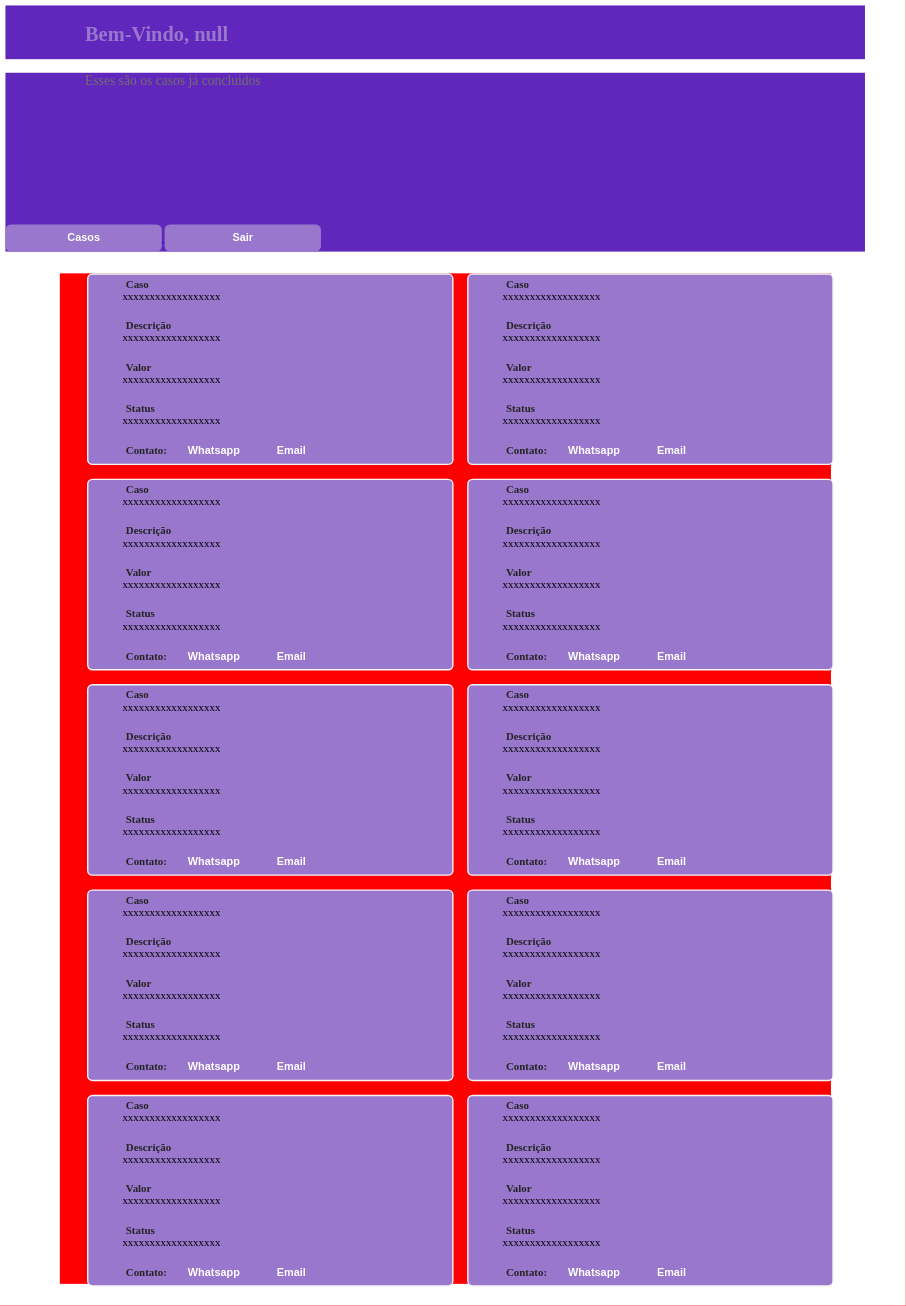
Repository: Dirlandia404/Casos
Page: frontend/public/pages/casosConcluidos.html
These files come from the project's save history. The page is drawn as it stood at one moment and after the next save; the edit follows.
The browser window is 1280 px wide. The page is 1332 px wide, so the pictures cover 1332 px, including what lies to the right of the window. The pictures show the whole page, at 68% of full size.
The page's requests for data from a server got no answer. Some web libraries are served in a nearby version.

Above is the page before, as saved 2021-07-29 12:06:46.

After the next save:
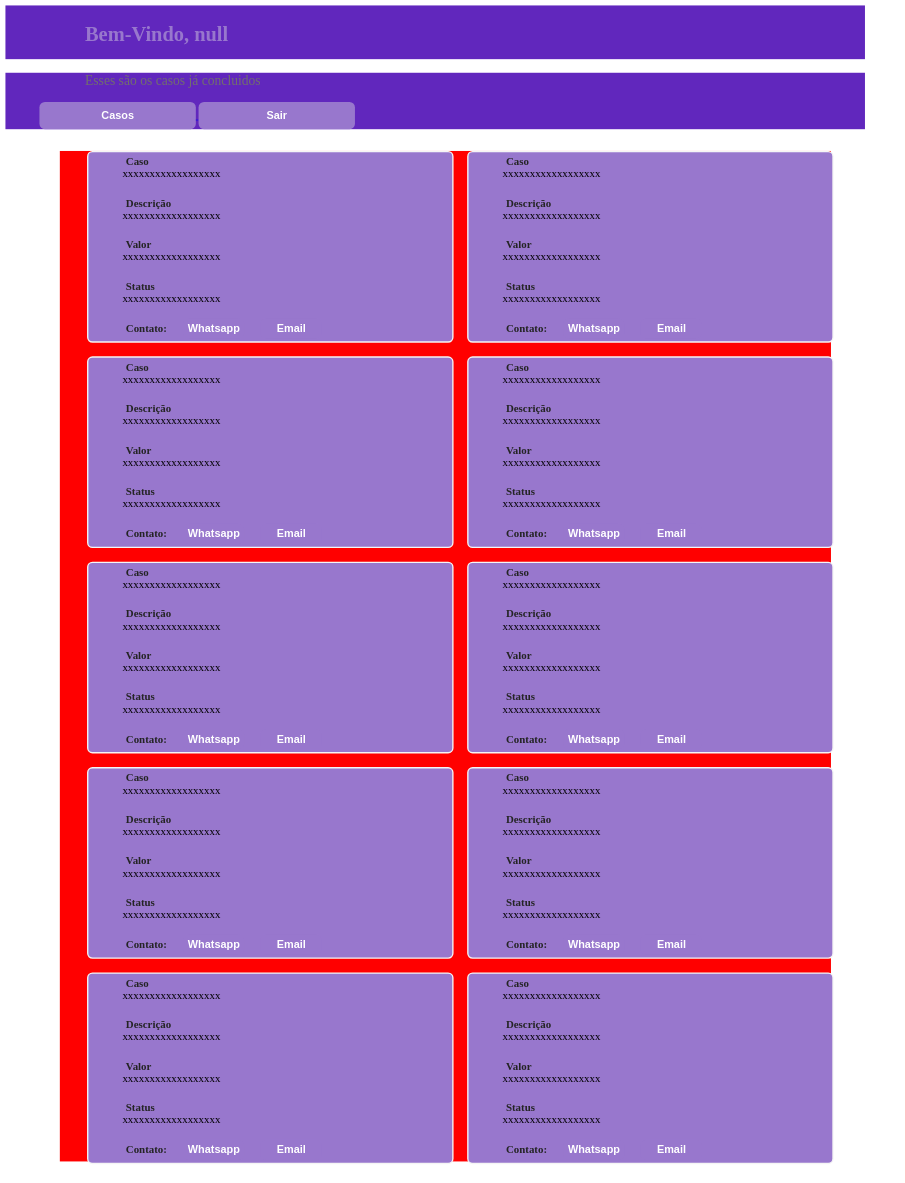
Saved 16 s later.
--- a/frontend/public/pages/src/style/casosConcluidos.css
+++ b/frontend/public/pages/src/style/casosConcluidos.css
@@ -33,7 +33,7 @@ p{
     transition: 400ms;
 }
 .button1{
-    margin-top: 180px;
+    margin-left: 50px;
 }
 
 
